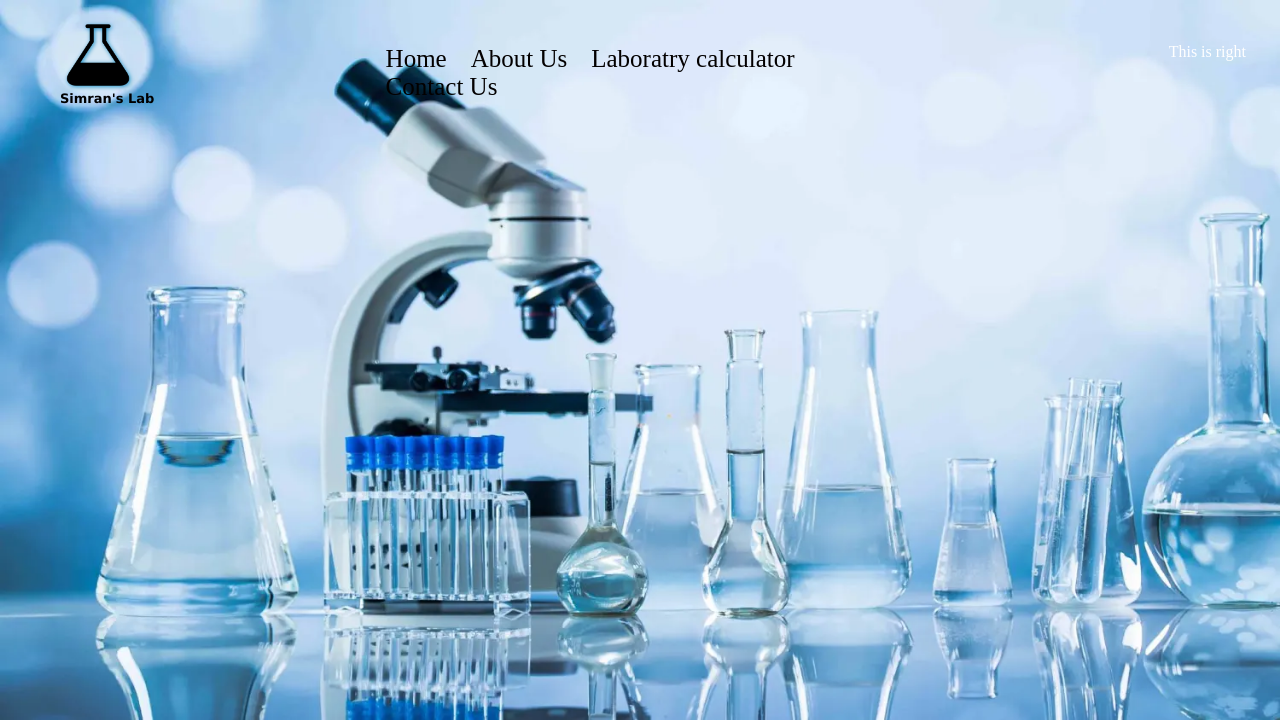
Repository: raisingh22/Simranlearning
Page: html css java/website/index.html
An editor plug-in stored every save of this project. The page is shown before and after a run of saves, followed by the edit.
The browser window is 1280 px wide. The pictures show the whole page.

Above is the page before, as saved 2024-01-01 18:51:37.

### html css java/website/index.html
<!DOCTYPE html>
<html lang="en">
<head>
    <meta charset="UTF-8">
    <meta name="viewport" content="width=device-width, initial-scale=1.0">
    <title>Simran's Lab</title>
</head>
<link rel="stylesheet" href="css/style.css">
<style>
    body {
        /* font-family: Impact, Haettenschweiler, 'Arial Narrow Bold', sans-serif; */
        color : white;
        padding: 0px;
        margin: 0px;
        background: url('img/bg2.webp');
        background-size:     cover;
        background-repeat:   no-repeat;
        }
    .left {
        display: inline-block;
        position: absolute;
        left: 60px;
        top: 20px;
        /* background-color: rgba(250, 235, 215, 0.943); */
        /* border: 2px solid #dad5d573; */
    }
    .left img{
        width: 76px;
        height: 70px;
        /* box-shadow: 10px 10px 20px rgb(167, 39, 39); */
        filter: drop-shadow(1px 1px 2px rgb(29, 144, 197));
        /* filter: invert(100%); */
    }
    .left div {
        font-family: 'Lucida Sans', 'Lucida Sans Regular', 'Lucida Grande', 'Lucida Sans Unicode', Geneva, Verdana, sans-serif;
        line-height: 9px;
        font-size: 13px;
        font-weight: bolder;
        color: black;
        text-align: center;
    }
    .mid{
        display: block;
        width: 46%;
        margin: 29px auto;
        /* border: 2px solid #427e56; */
        /* background-color: #b7b1b164; */
    }
    .right {
        position: absolute;
        right: 34px;
        top: 43px;
        display: inline-block;
        /* border: 2px solid #f058ed; */

    }
    .navbar{
        display: inline-block;
        /* padding: 0px 25px; */
    }
    .navbar li{
        display: inline-block;
        font-size: 25px;
        margin-right: 20px;
        /* border: 1px solid rgb(214, 161, 161); */
    }
    .navbar li a{
        color: rgb(3, 0, 0);
        text-decoration: none;
        /* padding: 5px 10px; */
        /* margin: ; */
        /* background-color: rgba(0, 0, 0, 0.607); */
    }
    .navbar li a:hover, .navbar li a.active{
        text-decoration: underline;
        color: grey;
    }

</style>
<body>
    <header class="header">
        <div class="left">
            <img src="img/logo2.png" alt="">
            <div>Simran's Lab</div>
        </div>
        <div class="mid">
            <ul class="navbar">
                <li><a href="#">Home</a></li>
                <li><a href="#">About Us</a></li>
                <li><a href="#">Laboratry calculator</a></li>
                <li><a href="#">Contact Us</a></li>
            </ul>

        </div>
        <div class="right">
            This is right

        </div>
    </header>

</body>
</html>

Loaded but not shown: html css java/website/css/style.css (no stored copy; drawn as an empty file)

After the next 3 saves:
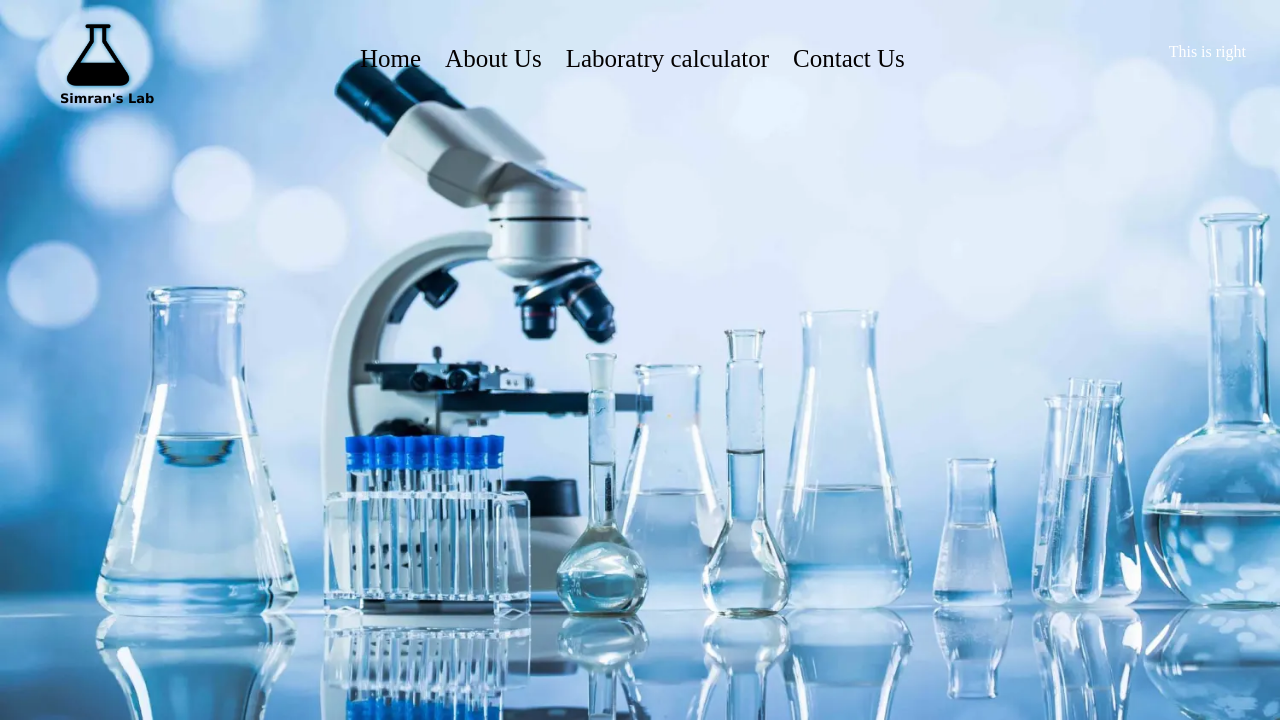
The 3 saves are shown as one change because they came seconds apart.
The last was saved 10 s later.
--- a/html css java/website/index.html
+++ b/html css java/website/index.html
@@ -41,7 +41,7 @@
     }
     .mid{
         display: block;
-        width: 46%;
+        width: 50%;
         margin: 29px auto;
         /* border: 2px solid #427e56; */
         /* background-color: #b7b1b164; */
